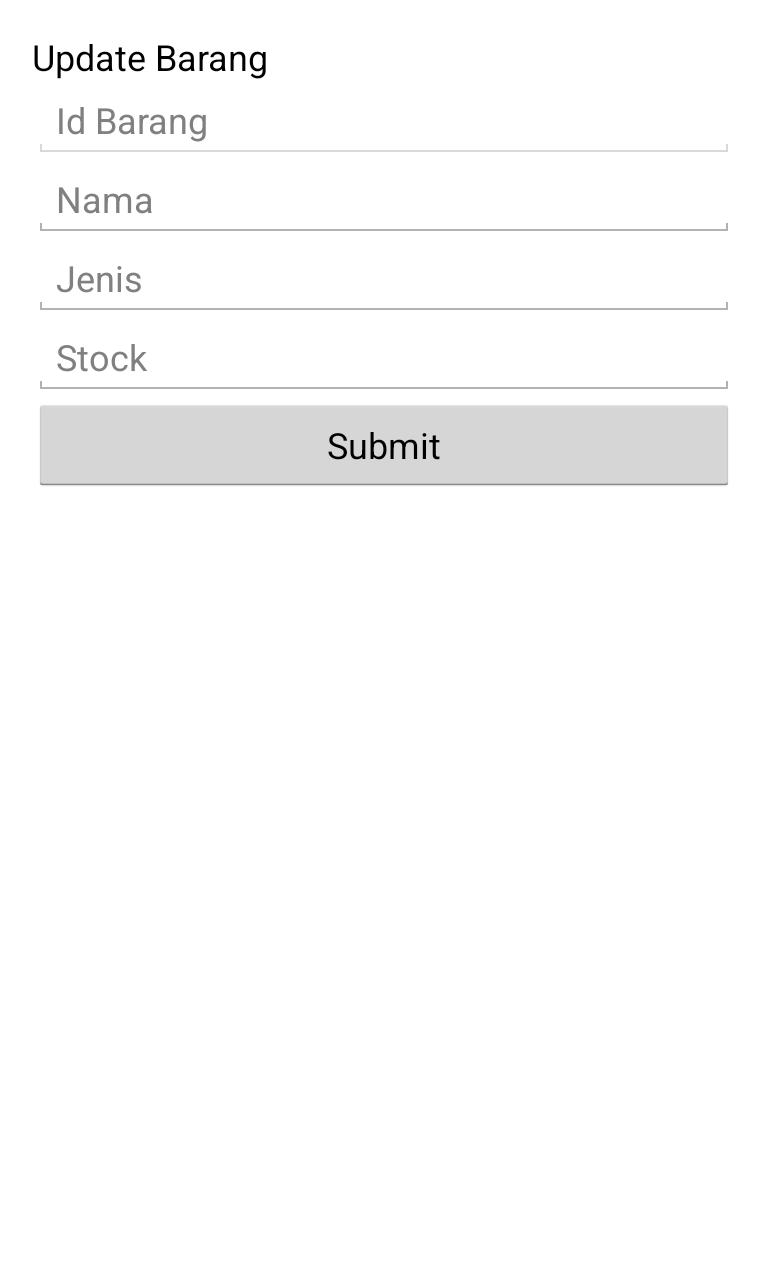
Repository: kisahtegar/UnipiLabs
Layout: GudangKisah/res/layout/activity_update_data.xml
These files come from the project's save history. The layout is drawn as it stood at one moment and after a run of saves; the edit follows.
It is drawn on a 768 x 1280 px phone screen (xhdpi) without system bars, with theme AppTheme; the app's code is not run.

Above is the layout before, as saved 2024-07-31 04:36:14.

After the next 2 saves:
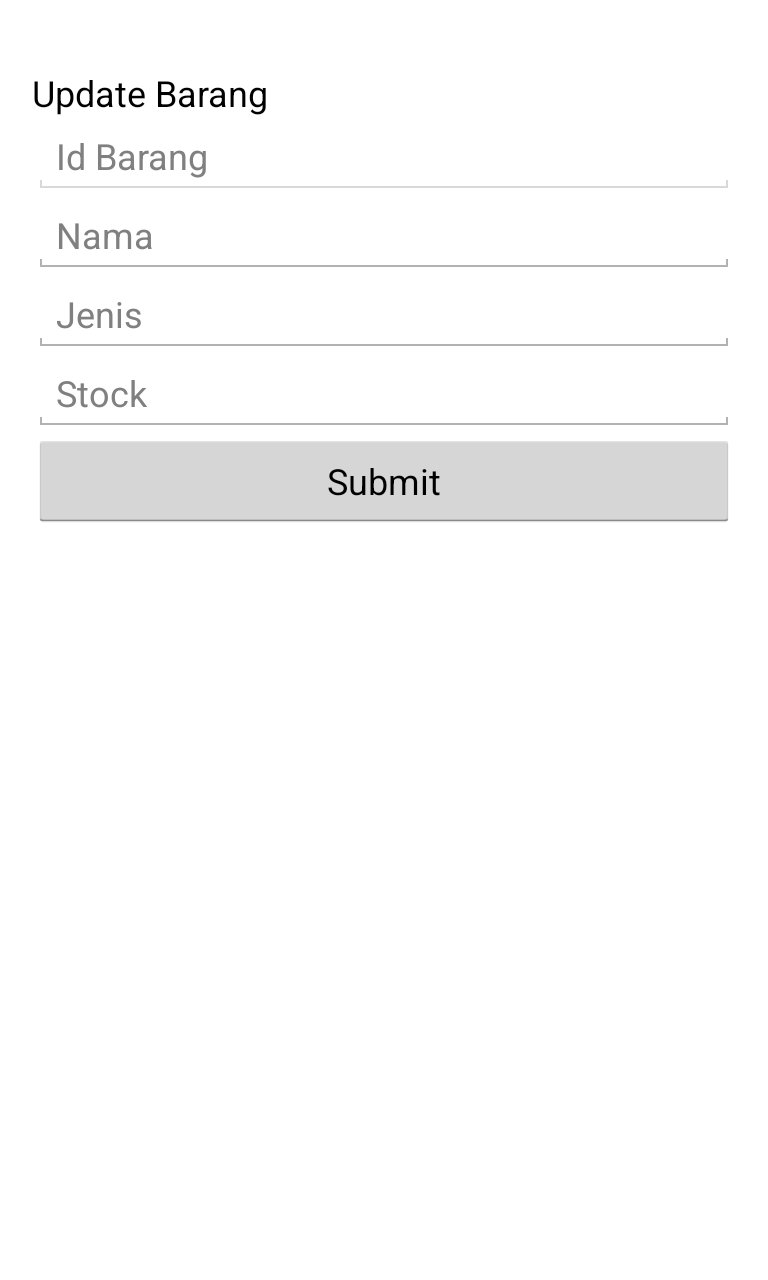
The 2 saves are shown as one change because they came seconds apart.
The last was saved 57 s later.
--- a/GudangKisah/res/layout/activity_update_data.xml
+++ b/GudangKisah/res/layout/activity_update_data.xml
@@ -10,6 +10,7 @@
         android:layout_width="wrap_content"
         android:layout_height="wrap_content"
         android:textAppearance="?android:attr/textAppearanceMedium"
+        android:layout_marginTop="18dp"
         android:text="@string/update_barang" />
 
     <EditText
